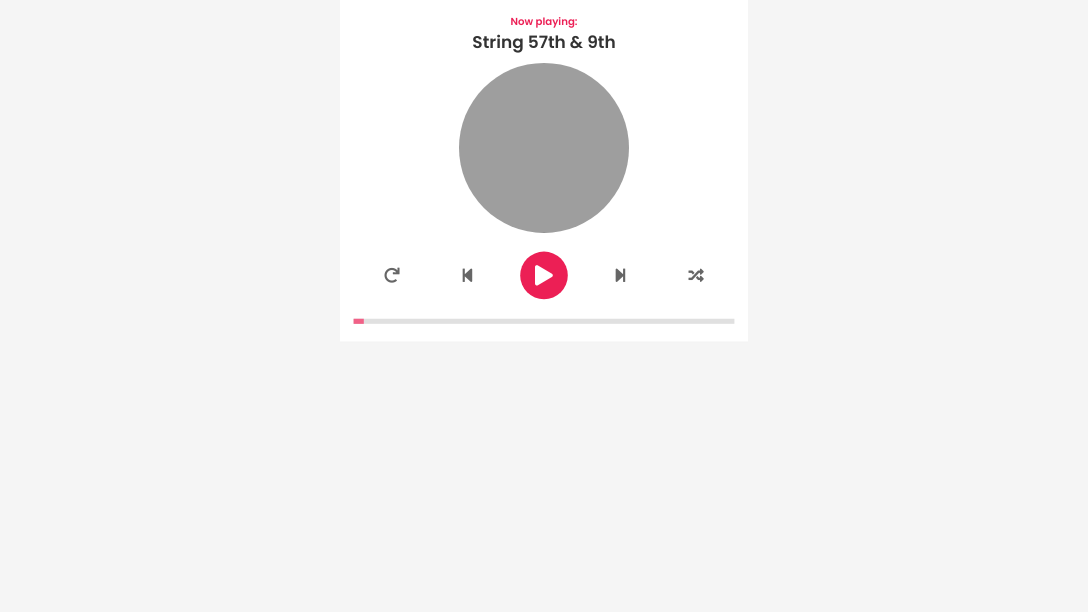
Repository: AnhTuan191298/sent-file-hoang
Page: music_player_f8/index.html
An editor plug-in stored every save of this project. The page is shown before and after the next save, followed by the edit.
The browser window is 1280 px wide. The pictures show the whole page, at 85% of full size.
Pictures or frames that could not be fetched are drawn as grey boxes.

Above is the page before, as saved 2021-02-18 10:45:13.
Console error: ReferenceError: songs is not defined

### music_player_f8/index.html
<!DOCTYPE html>
<html lang="en">
<head>
    <meta charset="UTF-8">
    <meta http-equiv="X-UA-Compatible" content="IE=edge">
    <meta name="viewport" content="width=device-width, initial-scale=1.0">
    <title>Music player F8</title>
    <link rel="stylesheet" href="https://cdnjs.cloudflare.com/ajax/libs/font-awesome/5.15.2/css/all.min.css" integrity="sha512-HK5fgLBL+xu6dm/Ii3z4xhlSUyZgTT9tuc/hSrtw6uzJOvgRr2a9jyxxT1ely+B+xFAmJKVSTbpM/CuL7qxO8w==" crossorigin="anonymous" />
    <link rel="preconnect" href="https://fonts.gstatic.com">
    <link href="https://fonts.googleapis.com/css2?family=Poppins:wght@300;400;600&display=swap" rel="stylesheet">
    <link rel="stylesheet" href="./assets/css/main.css">
</head>
<body>
    <div class="player">
        <!-- Dashboard -->
        <div class="dashboard">
          <!-- Header -->
          <header>
            <h4>Now playing:</h4>
            <h2>String 57th & 9th</h2>
          </header>

          <!-- CD -->
          <div class="cd">
            <div class="cd-thumb" style="background-image: url('https://i.ytimg.com/vi/jTLhQf5KJSc/maxresdefault.jpg')">
            </div>
          </div>

          <!-- Control -->
          <div class="control">
            <div class="btn btn-repeat">
              <i class="fas fa-redo"></i>
            </div>
            <div class="btn btn-prev">
              <i class="fas fa-step-backward"></i>
            </div>
            <div class="btn btn-toggle-play">
              <i class="fas fa-pause icon-pause"></i>
              <i class="fas fa-play icon-play"></i>
            </div>
            <div class="btn btn-next">
              <i class="fas fa-step-forward"></i>
            </div>
            <div class="btn btn-random">
              <i class="fas fa-random"></i>
            </div>
          </div>

          <input id="progress" class="progress" type="range" value="0" step="1" min="0" max="100">

          <audio id="audio" src=""></audio>
        </div>

        <!-- Playlist -->
        <div class="playlist">

        </div>
    </div>

    <script src="./assets/js/main.js"></script>
</body>
</html>

### music_player_f8/assets/css/main.css
:root {
    --primary-color: #ec1f55;
    --text-color: #333;
  }

  * {
    padding: 0;
    margin: 0;
    box-sizing: inherit;
  }

  body {
    background-color: #f5f5f5;
  }

  html {
    box-sizing: border-box;
    font-family: "Poppins", sans-serif;
  }

  .player {
    position: relative;
    max-width: 480px;
    margin: 0 auto;
  }

  .player .icon-pause {
    display: none;
  }

  .player.playing .icon-pause {
    display: inline-block;
  }

  .player.playing .icon-play {
    display: none;
  }

  .dashboard {
    padding: 16px 16px 14px;
    background-color: #fff;
    position: fixed;
    top: 0;
    width: 100%;
    max-width: 480px;
    border-bottom: 1px solid #ebebeb;
  }

  /* HEADER */
  header {
    text-align: center;
    margin-bottom: 10px;
  }

  header h4 {
    color: var(--primary-color);
    font-size: 12px;
  }

  header h2 {
    color: var(--text-color);
    font-size: 20px;
  }

  /* CD */
  .cd {
    display: flex;
    margin: auto;
    width: 200px;
  }

  .cd-thumb {
    width: 100%;
    padding-top: 100%;
    border-radius: 50%;
    background-color: #333;
    background-size: cover;
    margin: auto;
  }

  /* CONTROL */
  .control {
    display: flex;
    align-items: center;
    justify-content: space-around;
    padding: 18px 0 8px 0;
  }

  .control .btn {
    color: #666;
    padding: 18px;
    font-size: 18px;
  }

  .control .btn.active {
    color: var(--primary-color);
  }

  .control .btn-toggle-play {
    width: 56px;
    height: 56px;
    border-radius: 50%;
    font-size: 24px;
    color: #fff;
    display: flex;
    align-items: center;
    justify-content: center;
    background-color: var(--primary-color);
  }

  .progress {
    width: 100%;
    -webkit-appearance: none;
    height: 6px;
    background: #d3d3d3;
    outline: none;
    opacity: 0.7;
    -webkit-transition: 0.2s;
    transition: opacity 0.2s;
  }

  .progress::-webkit-slider-thumb {
    -webkit-appearance: none;
    appearance: none;
    width: 12px;
    height: 6px;
    background-color: var(--primary-color);
    cursor: pointer;
  }

  /* PLAYLIST */
  .playlist {
    margin-top: 408px;
    padding: 12px;
  }

  .song {
    display: flex;
    align-items: center;
    margin-bottom: 12px;
    background-color: #fff;
    padding: 8px 16px;
    border-radius: 5px;
    box-shadow: 0 2px 3px rgba(0, 0, 0, 0.1);
  }

  .song.active {
    background-color: var(--primary-color);
  }

  .song:active {
    opacity: 0.8;
  }

  .song.active .option,
  .song.active .author,
  .song.active .title {
    color: #fff;
  }

  .song .thumb {
    width: 44px;
    height: 44px;
    border-radius: 50%;
    background-size: cover;
    margin: 0 8px;
  }

  .song .body {
    flex: 1;
    padding: 0 16px;
  }

  .song .title {
    font-size: 18px;
    color: var(--text-color);
  }

  .song .author {
    font-size: 12px;
    color: #999;
  }

  .song .option {
    padding: 16px 8px;
    color: #999;
    font-size: 18px;
    cursor: pointer;
  }

### music_player_f8/assets/js/main.js
const $ = document.querySelector.bind(document)
const $$ = document.querySelectorAll.bind(document)

const playlist = $('.playlist')

const app = {
    songs: [
        {
            name: 'Save your tear',
            singer: 'Weedknd',
            path: './assets/audio/save_your_tear.mp3',
            img: './assets/img/save-your-tear.jpg'
        },
        {
            name: 'Nếu một ngày',
            singer: '29BROS X EM LỀU',
            path: './assets/audio/neu_mot_ngay.mp3',
            img: './assets/img/neu-mot-ngay.jpg'
        },
        {
            name: 'instagram',
            singer: 'DEAN',
            path: './assets/audio/instagram.mp3',
            img: './assets/img/instagram.jpg'
        },
        {
            name: 'LẦN CUỐI',
            singer: 'Ngọt',
            path: './assets/audio/lan_cuoi.mp3',
            img: './assets/img/lan-cuoi.jpg'
        },
        {
            name: 'Blue Tequila',
            singer: 'Táo',
            path: './assets/audio/blue_tequila.mp3',
            img: './assets/img/tequila.jpg'
        },
        {
            name: 'Someone that I used to know',
            singer: 'Gotye Feat. Kimbra',
            path: './assets/audio/somebody_that_i_used_to_know.mp3',
            img: './assets/img/somebody.jpg'
        },
        {
            name: 'Circles',
            singer: 'Post Malone',
            path: './assets/audio/circles.mp3',
            img: './assets/img/circles.jpg'
        },
        {
            name: 'Bài này chill phết',
            singer: 'Đen - ft. MIN',
            path: './assets/audio/bai_nay_chill_phet.mp3',
            img: './assets/img/chill.jpg'
        },
        {
            name: 'Lover boy',
            singer: 'Phum Viphurit',
            path: './assets/audio/lover_boy.mp3',
            img: './assets/img/lover-boy.jpg'
        },
        {
            name: 'She said',
            singer: 'WEAN - ft. NAOMI',
            path: './assets/audio/she_said.mp3',
            img: './assets/img/she-said.jpg'
        },
    ],
    render: function() {
        const htmls = this.songs.map(function(song, index) {
            return `
            <div class="song">
                <div class="thumb" style="background-image: url('${songs.img}')">
                </div>
                <div class="body">
                <h3 class="title">${songs.name}</h3>
                <p class="author">${songs.singer}</p>
                </div>
                <div class="option">
                <i class="fas fa-ellipsis-h"></i>
                </div>
            </div>
            `
        })
        playlist.innerHTML = htmls.join('')
    },
    start: function() {
        this.render()
    }
}

app.start()

After the next save:
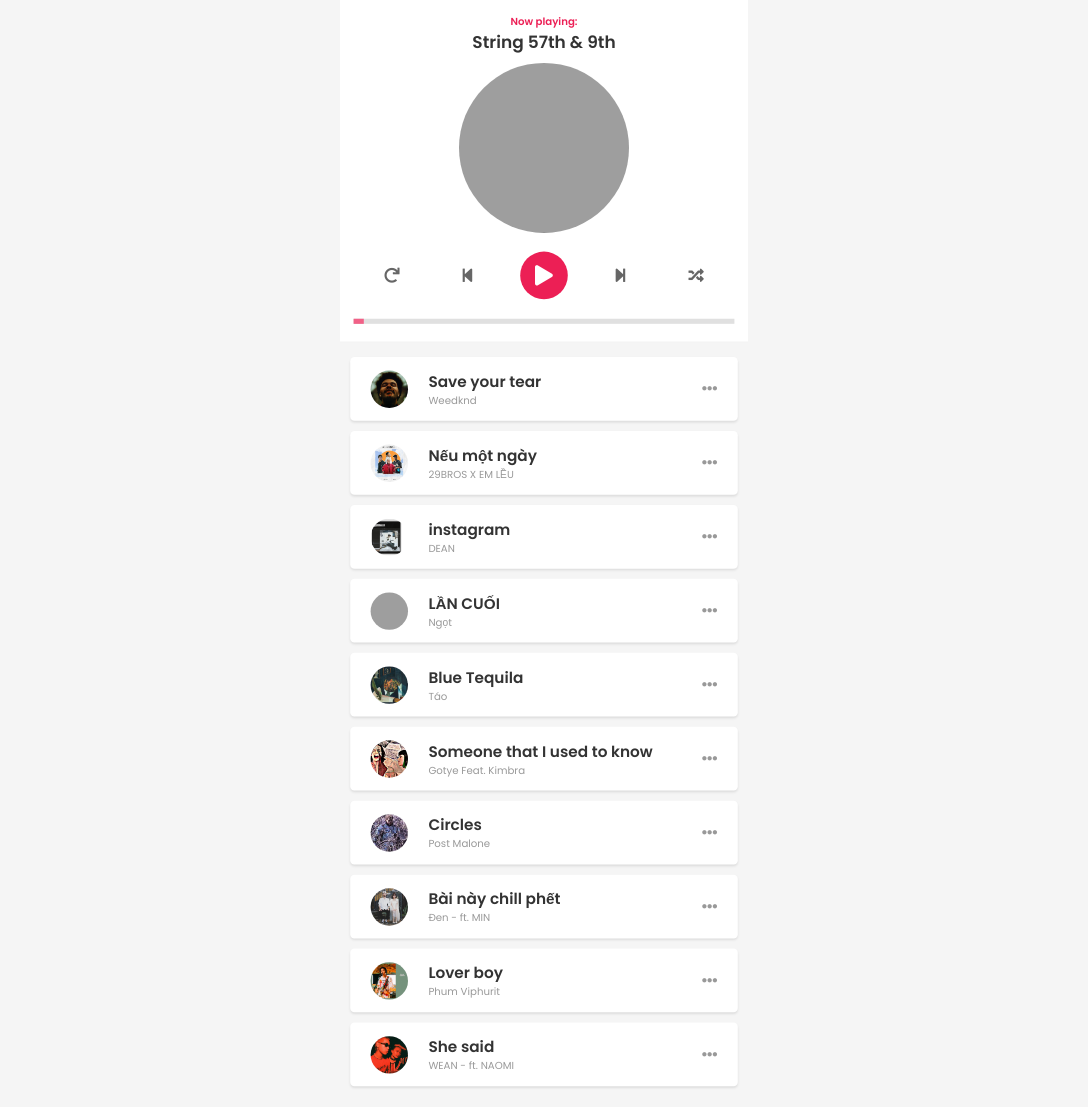
The error is gone.
Saved 2 min 10 s later.
--- a/music_player_f8/assets/js/main.js
+++ b/music_player_f8/assets/js/main.js
@@ -70,11 +70,11 @@ const app = {
         const htmls = this.songs.map(function(song, index) {
             return `
             <div class="song">
-                <div class="thumb" style="background-image: url('${songs.img}')">
+                <div class="thumb" style="background-image: url('${song.img}')">
                 </div>
                 <div class="body">
-                <h3 class="title">${songs.name}</h3>
-                <p class="author">${songs.singer}</p>
+                <h3 class="title">${song.name}</h3>
+                <p class="author">${song.singer}</p>
                 </div>
                 <div class="option">
                 <i class="fas fa-ellipsis-h"></i>
